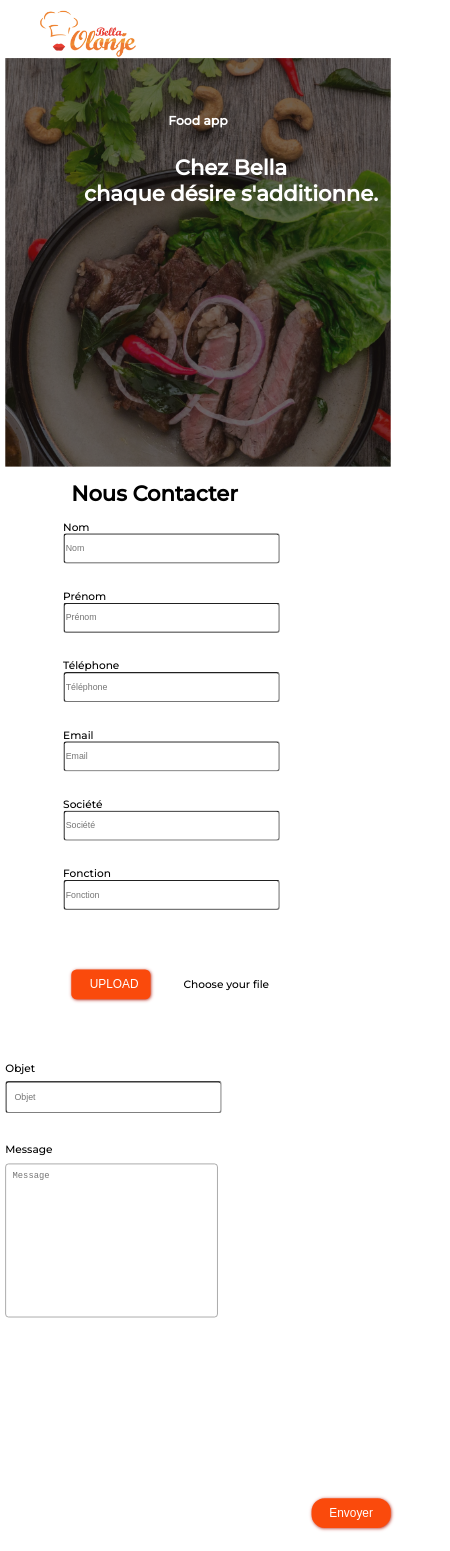
Repository: Ahlam-belhadj/bella-olange
Page: index3.html
These files come from the project's save history. The page is drawn as it stood at one moment and after a run of saves; the edit follows.
The browser window is 600 px wide. The page is 682 px wide, so the pictures cover 682 px, including what lies to the right of the window. The pictures show the whole page, at 66% of full size.
Pictures or frames that could not be fetched are drawn as grey boxes.

Above is the page before, as saved 2023-02-12 21:09:02.

### index3.html
<!DOCTYPE html>
<html lang="en">

<head>
    <meta charset="UTF-8">
    <meta http-equiv="X-UA-Compatible" content="IE=edge">
    <meta name="viewport" content="width=device-width, initial-scale=1.0">
    <link rel="stylesheet" href="style3.css">
    <script src="https://www.google.com/recaptcha/api.js" async defer></script>
    <title>Bella olanje</title>
</head>

<body>
    <header>
        <nav>
            <div class="logo"><img  class="logo" src="image/logo_bella_olonje.png" alt="logo"></div>
            <ul>
                <li><a href="#" class="nav-link">Home</a></li>
                <li><a href="#" class="nav-link">Pizza</a></li>
                <li><a href="#" class="nav-link">Burgers</a></li>
                <li><a href="#" class="nav-link">Salade</a></li>
                <li><a href="#" class="nav-link">Contact</a></li>

            </ul>
            <div class="icon_navbar">
                <label for="click" class="menu-btn">
                  <i class="fas fa-bars"></i>
                </label>
            </div>
          </nav>

        <div class="title">
            <div class="texte">
                <h3>Food app</h3>
                <h1>Chez Bella <br>
                    chaque désire s'additionne.</h1>
            </div>
        </div>
    </header>
    <main>
    <div class="information">
        <form>
            <h1>Nous Contacter</h1>
            <div class="commande">
                <div class="info1">
                    <div class="label">
                        <label>Nom</label>
                        <br>
                        <input type="text" placeholder="Nom">
                    </div>
                    <div class="label">
                        <label>Prénom</label>
                        <br>
                        <input type="text" placeholder="Prénom">
                    </div>
                </div>
                <div class="info2">
                    <div class="label">
                        <label>Téléphone</label>
                        <br>
                        <input type="text" placeholder="Téléphone">
                    </div>
                    <div class="label">
                        <label>Email</label>
                        <br>
                        <input type="email" placeholder="Email">
                    </div>
                </div>
                <div class="info1">
                    <div class="label">
                        <label>Société</label>
                        <br>
                        <input type="text" placeholder="Société">
                    </div>
                    <div class="label">
                        <label>Fonction</label>
                        <br>
                        <input type="email" placeholder="Fonction">
                    </div>
                </div>

            </div>
        </form>
    </div>


    <div class="chose">
        <div class="div_button">
            <button class="button1" type="button">UPLOAD</button>
            <p>Choose your file</p>
        </div>
    </div>

    <div>
        <div class="g-recaptcha" data-sitekey="6Lff4ygkAAAAABA1RWNuq8ewgkRZaDD-yAWqFs1t"></div>
    </div>

    <div class="grp_choose">
        <div class="choose_message">
            <div class="label_choose">
                <label>Objet</label><br>
                <input type="text" placeholder="Objet">
            </div>
            <div class="label_message">
                <label>Message</label><br>
                <textarea placeholder="Message"></textarea>
            </div>
        </div>
    </div>


    <div class="maps">
        <iframe
            src="https://www.google.com/maps/embed?pb=!1m18!1m12!1m3!1d6464.54830951471!2d2.4294808287259815!3d48.785241545980085!2m3!1f0!2f0!3f0!3m2!1i1024!2i768!4f13.1!3m3!1m2!1s0x47e67344bd2d57f1%3A0x2a84a845271b523a!2sAFPA!5e0!3m2!1sfr!2sfr!4v1674668360985!5m2!1sfr!2sfr"
            width="600" height="450" style="border:0;" allowfullscreen="" loading="lazy"
            referrerpolicy="no-referrer-when-downgrade"></iframe>
    </div>


    <div class="button1">
        <button class="button">Envoyer</button>
    </div>
</main>
</body>

</html>

### style3.css
@import url('https://fonts.googleapis.com/css2?family=Montserrat:wght@100;200;500&display=swap');

body {
    font-family: Montserrat, sans-serif;
}


.logo {
    height: 80px;
}

nav {
    display: flex;
    height: 80px;
    width: 100%;
    background: white;
    align-items: center;
    justify-content: space-between;
    padding: 0 50px 0 100px;
    flex-wrap: wrap;
}

nav .logo {
    color: #fff;
    font-size: 20px;
    text-transform: uppercase;
    text-decoration: none;
}

nav a {
    color: #fff;
    text-decoration: none;
}

nav ul {
    display: flex;
    flex-wrap: wrap;
    list-style: none;

}

nav ul li {
    margin: 0 5px;
}

nav ul li a {
    color: black;
    text-decoration: none;
    font-size: 16px;
    font-weight: 500;
    padding: 8px 15px;
    border-radius: 5px;
    letter-spacing: 1px;
    transition: all 0.3s ease;
}

nav .icon_navbar {
    display: flex;
}



nav .menu-btn i {
    color: #050505;
    font-size: 22px;
    cursor: pointer;

}

input[type="checkbox"] {
    display: none;
}

@media (max-width: 1000px) {
    nav {
        padding: 0 40px 0 50px;
    }

    nav .logo {
        color: #fff;
        font-size: 16px;
        text-transform: uppercase;
    }
}

@media (max-width: 1250px) {
    nav .menu-btn i {
        display: block;
    }

    #click:checked~.menu-btn i:before {
        content: "\f00d";
    }

    nav ul {
        position: fixed;
        top: 80px;
        right: -100%;
        background: #C81100;
        height: 100vh;
        width: 60%;
        text-align: center;
        display: block;
        transition: all 0.3s ease;
    }

    #click:checked~ul {
        right: 0;
    }

    nav ul li {
        width: 100%;
        margin: 40px 0;
    }

    nav ul li a {
        width: 100%;
        display: block;
        font-size: 20px;
        transition: 0.6s cubic-bezier(0.68, -0.55, 0.265, 1.55);
    }

    #click:checked~ul li a {
        margin-left: 0px;
    }

    nav ul li a.active,
    nav ul li a:hover {
        background: none;
        color: #1E1E1E;
    }
}

.title {
    background-image: url(image/Rectangle\ 48.png);
    height: 619px;
    background-repeat: no-repeat;
    background-position: center;
    background-size: cover;



}

.texte {
    color: white;
    display: flex;
    align-items: center;
    justify-content: center;
    flex-direction: column;
    text-align: center;
    height: 50%;
}

/* header */

h1 {
    padding-left: 100px;
}


h2 {
    text-align: center;
    padding-bottom: 20px;
}

.info1 {
    display: flex;
    justify-content: space-around;
    padding-right: 100px;
}

.info2 {
    display: flex;
    justify-content: space-around;
    padding-right: 100px;
}

input {
    width: 320px;
    height: 40px;
    border-radius: 5px;
    margin-bottom: 40px;

}


.maps {
    display: flex;

    padding-left: 200px;
}

iframe {
    width: 941px;
    height: 500px;
    left: 100px;
    top: 1875px;

}


/* button */
button {
    border: 0;
    line-height: 2.5;
    width: 120px;
    padding: 0 18px;
    font-size: 18px;
    text-align: center;
    color: #fff;
    border-radius: 20px;
    background-color: #FA4A0C;
    box-shadow: 1px 1px 5px #B73227;


}

.button1 {
    display: flex;
    justify-content: end;
    margin: 50px 0px 35px 100px;
    border-radius: 8px;
}

p {
    margin-top: 63px;
    margin-left: 50px;
}

.btn {
    display: flex;
}


.div_button {
    padding: 50px 0px 35px 100px;
    display: flex;
}

/* button */


.chose {
    display: flex;
}

.grp_choose {
    padding-left: 200px;
}

.label_choose input {
    width: 938px;
    height: 35px;
    margin-bottom: 20px;
    margin-top: 10px;
    padding: 5px 12px;
    color: grey;
    border-radius: 5px;
    border-color: gray;
}

.label_message {
    padding-top: 25px;
}

textarea {
    width: 938px;
    height: 141px;
    margin-bottom: 20px;
    color: grey;
    border-color: gray;
    margin-top: 12px;
    padding: 10px 10px 80px;
    outline: none;
    border-radius: 5px;
    resize: none;
}

.g-recaptcha {
    padding-left: 200px;
    margin-bottom: 60px;
}

@media (max-width:700px) {
    .info1 {
        display: flex;
        flex-direction: column;
        padding-left: 15%;
    }

    .info2 {
        display: flex;
        flex-direction: column;
        padding-left: 15%;
    }

    .div_button {
        padding: 0px;
    }

    .g-recaptcha {
        padding-left: 20%;
    }

    .grp_choose {
        padding-left: 0px;
    }

    .label_choose input {
        width: 300px;
    }

    textarea {
        width: 300px;
    }

    .maps {
        padding-left: 0px;
    }

    iframe {
        width: 400px;
        height: 200px;
        top: 1875px;

    }
}

@media screen and (min-width:701px) and (max-width:1199px) {}

After the next 3 saves:
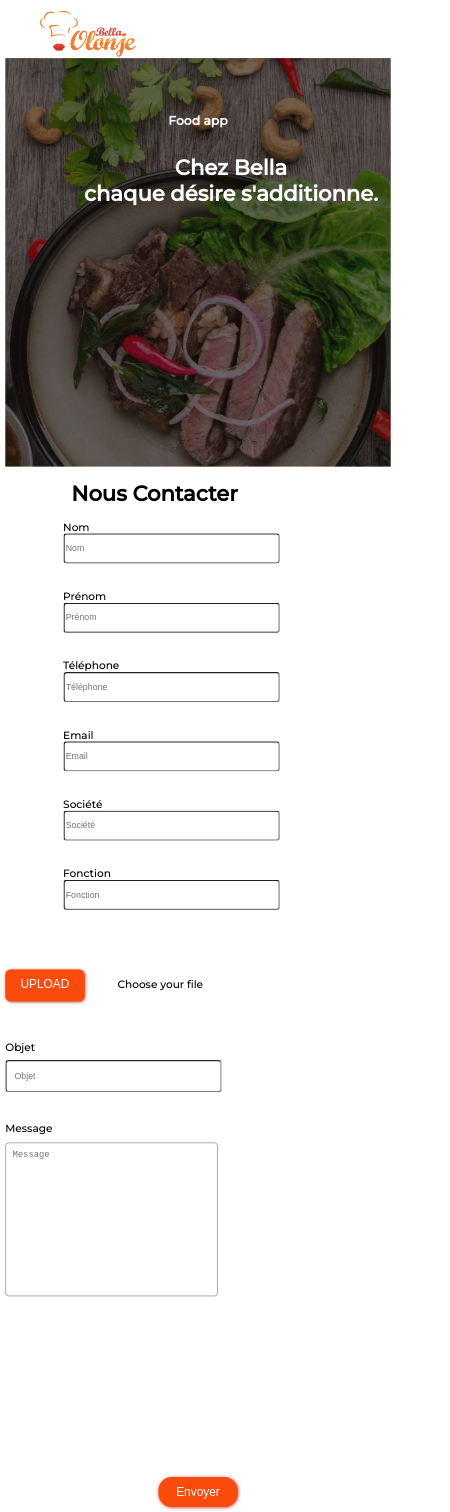
The 3 saves are shown as one change because they came seconds apart.
The last was saved 82 s later.
--- a/style3.css
+++ b/style3.css
@@ -325,6 +325,13 @@ textarea {
         top: 1875px;
 
     }
+
+    .button1 {
+
+        justify-content: center;
+        margin: 50px 0px 0px 0px;
+
+      }
 }
 
 @media screen and (min-width:701px) and (max-width:1199px) {}
